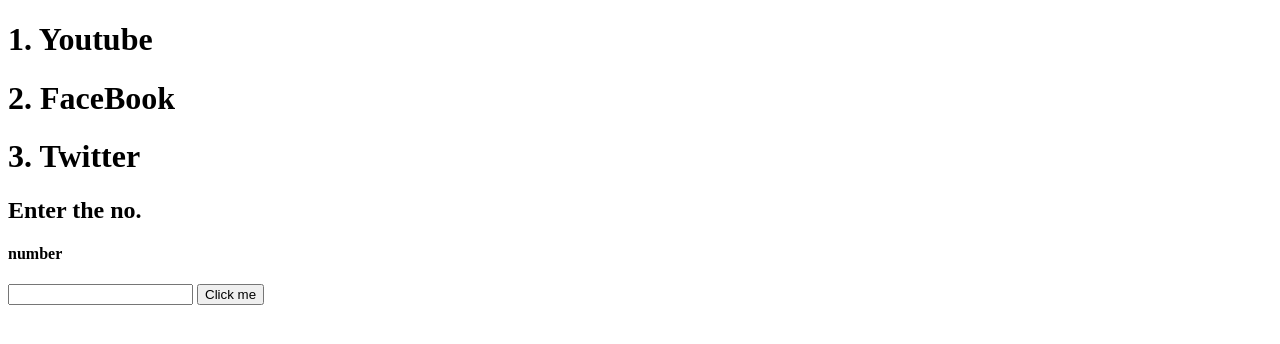
Repository: Strangeryoga/JSHS
Page: J2EE/P1/src/main/webapp/ok.html
These files come from the project's save history. The page is drawn as it stood at one moment and after the next save; the edit follows.
The browser window is 1280 px wide. The pictures show the whole page.

Above is the page before, as saved 2023-05-22 18:17:40.

After the next save:
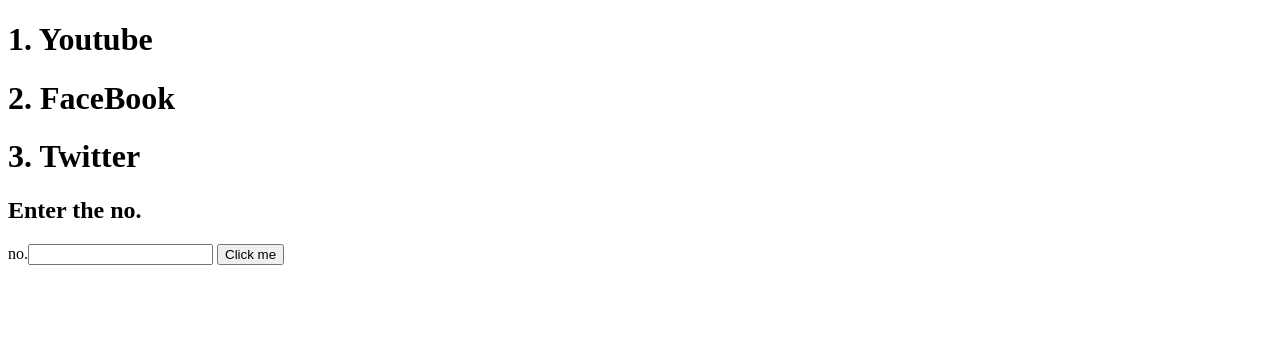
Saved 28 s later.
--- a/J2EE/P1/src/main/webapp/ok.html
+++ b/J2EE/P1/src/main/webapp/ok.html
@@ -11,7 +11,7 @@
 <h1>2. FaceBook</h1>
 <h1>3. Twitter</h1>
 <h2>Enter the no.</h2>
-<h4>number</h4><input type="text" name="num1">
+no.<input type="text" name="num1">
 <button>Click me</button>
 </form>
 </body>
